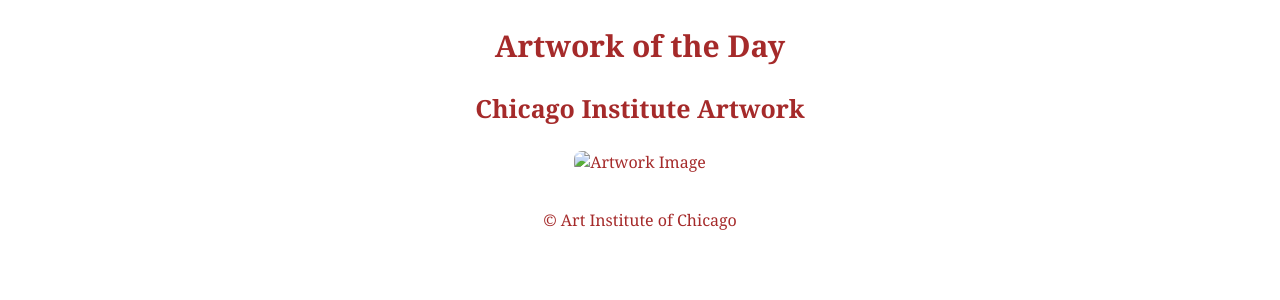
Repository: Bearandbird/amber-hinojos-API-project-haumea
Page: index.html
These files come from the project's save history. The page is drawn as it stood at one moment and after the next save; the edit follows.
The browser window is 1280 px wide. The pictures show the whole page.
The page's requests for data from a server got no answer.

Above is the page before, as saved 2024-05-27 11:37:01.

### index.html
<!DOCTYPE html>
<html lang="en">

<head>
    <link rel="stylesheet" href="./index.css"/>
    <meta charset="UTF-8" />
    <meta name="viewport" content="width=device-width, initial-scale=1.0" />
    <title> Art of the Day</title>

</head>

<body>
    <section id="artwork">
        <h1>Artwork of the Day</h1>
        <div id= "artwork-container">

        </div>
    </section>

    <section id="artworkSection">
        <h2 id="artworkName">Chicago Institute Artwork</h2>
        <h3 id="artworkTitle"></h3>
        <h4 id="artistTitleId"></h4>
        <div id="artistInfo"></div>
        <img id="artworkImage" alt="Artwork Image" />



        <footer>
            <p>&copy; Art Institute of Chicago</p>
        </footer>

<script src="./index.js"></script>

</body>

</html>

### index.css
body {
    font-family: Cambria, Cochin, Georgia, Times, 'Times New Roman', serif;
    background-color: #ffffff;
    color:brown;
    text-align: center;
  }

  h1 {
    color: brown;
    font-size: 30px;

  }

  h2 {
    font-size: 25px;
  }

  h3 {
    color:slategrey;
    font-style: italic;
    font-size: 20px;
    font-weight: lighter;
  }

  #artistTitleId {
    color: slategray;
    font-size: 20px;
    font-weight:lighter
}

.artistDates {
    font-size: 16px;
    color: #666;
    margin-bottom: 5px;
}

  .container {
    max-width: 600px;
    margin: 0 auto;
    padding: 20px;
    background-color: #fff;
    border-radius: 8px;
    box-shadow: 0 4px 8px rgba(0, 0, 0, 0.1);
  }

  img {
    max-width: 30rem;
    margin-left: auto;
    margin-right: auto;
    border-radius: 8px;
    margin-bottom: 20px;
}

  .artwork-info {
    font-size: 16px;
  }

  .artwork-info p {
    margin: 0;
    margin-bottom: 10px;
  }

  .error-message {
    color: red;
  }

### index.js
const projectsSection = document.querySelector("#artwork");
const projectsList = projectsSection.querySelector("#artwork-container");

const artworkIds = [869,2189,2816,4081,4428,4575,4758,4773,4788,4796,4884,5357,5848,6565,6596,7021,7124,8624,8633,8958,8991,9010,9503,9512,11272,11320,11393,11434,11723,13720,13853,14572,14574,14591,14598,14655,14968,15401,15468,15563,16146,16169,16231,16298,16327,16362,16487,16488,16499,16551,16568,16571,16776,16964,18709,18757,19339,20432,20579,20684,21023,23333,23506,23684,23700,23972,24306,24548,24645,24836,25332,25853,25865,27307,27310,27984,27987,27992,28067,28560,28849,30709,30839,31285,34116,34181,34286,34299,35198,35376,36132,36161,37368,37761,38930,40619,42566,43060,43145,43714,44018,44741,44892,46230,46327,47149,49195,49686,49691,49702,49714,50148,50157,50276,50330,50909,51185,52560,52679,52736,53001,55249,55384,55706,56682,56731,56905,57051,57819,58540,59426,59787,59847,60031,60755,60812,61128,61428,61603,61608,62042,62371,63178,63234,63554,64276,64339,64724,64729,64818,64884,65290,65868,65916,66039,66434,66683,68769,68823,69109,69780,70003,70202,70207,70443,70739,71396,71829,72726,72728,72801,73216,73413,73417,75644,76054,76240,76244,76279,76295,76395,76571,76779,76816,76869,79307,79379,79507,79600,80062,80084,80479,80607,81512,81558,81564,83642,83889,83905,84241,84709,85533,86340,86385,86421,87045,87163,87479,87643,88724,88793,88977,89403,89856,90048,90300,90443,90536,90583,91194,91620,93345,93811,93900,95998,97402,97910,97916,99539,99602,99766,100079,100089,100250,100472,100829,100858,102131,102234,102295,102591,102611,102963,103347,103887,103943,104031,104043,104094,105073,105105,105203,105466,105800,106538,107069,107300,109275,109330,109439,109686,109780,109819,109926,110507,110634,110663,110881,111060,111164,111317,111377,111380,111400,111401,111436,111442,111559,111610,111617,111628,111642,111654,111810,112092,117188,117266,117271,118661,118746,119454,119521,120154,122054,125660,126981,127644,127859,129884,131385,131541,135430,137125,140645,142526,144272,144361,144969,145681,146701,146905,146953,146988,146989,146991,147003,147508,147513,148412,149681,149776,150054,150739,151358,151363,151371,151424,153244,153701,154232,154235,154237,154238,155969,156442,156474,156538,157056,157156,157160,159136,159824,160144,160201,160222,160226,180298,181091,181145,181774,182728,183077,183277,184095,184186,184193,184324,184362,184371,184672,185180,185184,185222,185619,185651,185760,185766,185905,185963,186047,186049,186392,187155,187165,187528,188540,188844,188845,189207,189289,189290,189595,189600,189715,189775,189807,189932,190224,190558,191197,191371,191454,191556,192689,192890,193664,196323,198809,199002,199854,207293,210482,210511,217201,218612,220179,220272,221885,223309,225016,227420,229351,229354,229393,229406,229510,229866,230189,234004,234433,234781,234972,238749];

//Randomly generate an index into the array to get a valid artwork id
const randomInt = Math.floor(Math.random() * artworkIds.length);
const randomId = artworkIds[randomInt];
console.log(randomId);
const url = `https://api.artic.edu/api/v1/artworks/${randomId}`;
console.log(url);

//fetch the url and if the data exists for the id, get info about the artwork and the art
fetch(url)
  .then((response) => {
    if (!response.ok) {
      throw new Error("Failure to Load");
    }
    return response.json(); // Parse the response as JSON
  })
  .then((data) => {
    //Get info about artwork
    console.log(data);
    const artwork = data.data;
    console.log(artwork);
    const title = artwork.title;
    console.log(artwork.title);
    const artistTitle = artwork.artist_title;
    console.log(artistTitle);
    const artistId = artwork.artist_id;
      const artworkImageID = artwork.image_id;
    console.log(artworkImageID);


    //Add the title to the html
    const artworkTitle = document.getElementById("artworkTitle");
    console.log(artworkTitle);
    artworkTitle.innerHTML = `Title: ${title}`;

    //If artist information is available, then add it to the html
    if (artistTitle != null) {
      const artistTitleElement = document.getElementById("artistTitleId");
      console.log(artistTitleElement);
      artistTitleElement.innerHTML = `Artist: ${artistTitle}`;
    }

    //Get the artwork image for the image id
    const artworkSrcString = `https://www.artic.edu/iiif/2/${artworkImageID}/full/843,/0/default.jpg`;
    console.log(artworkSrcString);

    //Add it to the img block
    const artworkImage = document.getElementById("artworkImage");
    artworkImage.setAttribute("src", artworkSrcString);

    console.log(artworkSrcString);

    // Fetch artist birth and death date if available
    if (artistId) {
      fetch(`https://api.artic.edu/api/v1/artists/${artistId}`)
        .then(response => {
          if (!response.ok) {
            throw new Error("Failed to load artist info");
          }
          return response.json();
        })
        .then(artistData => {
          console.log(artistData);
          const artist = artistData.data;
          const artistBirthDate = artist.birth_date;
          const artistDeathDate = artist.death_date;

          const artistInfoElement = document.getElementById("artistInfo");
          artistInfoElement.innerHTML = `
            <p>Birth Date: ${artistBirthDate}</p>
            <p>Death Date: ${artistDeathDate}</p>
          `;
        })
        .catch(error => console.error('Error fetching artist info:', error));
    }
  })

  .catch((error) => {
    console.error(`Image ${randomId} not found`, error);
  });

After the next save:
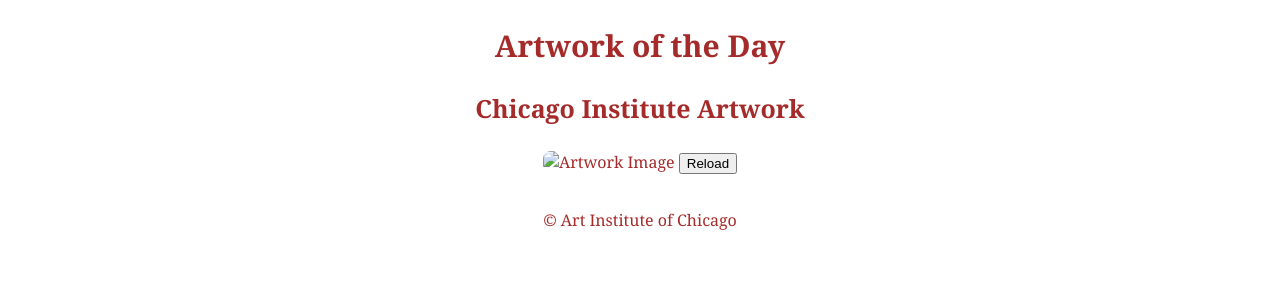
Saved 6 h 47 min later.
--- a/index.html
+++ b/index.html
@@ -24,7 +24,7 @@
         <div id="artistInfo"></div>
         <img id="artworkImage" alt="Artwork Image" />
 
-
+        <button id="reloadButton">Reload</button>
 
         <footer>
             <p>&copy; Art Institute of Chicago</p>
